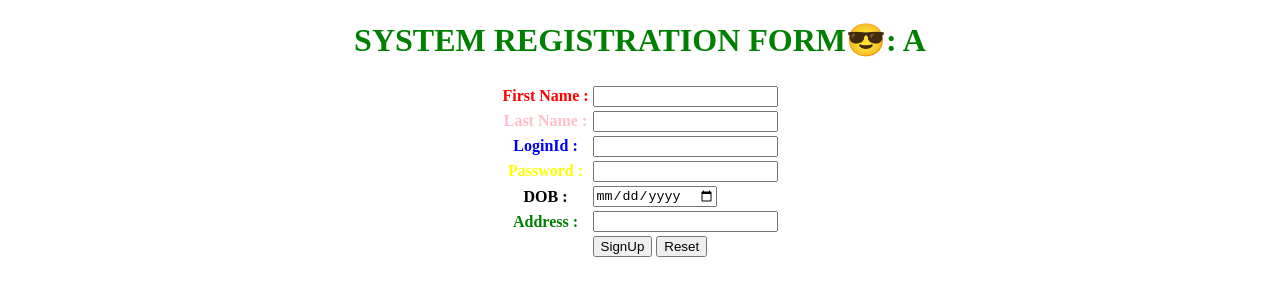
Repository: Jatdevta/AdvanceJava
Page: http://localhost/DynamicProject/UserRegistration.jsp
An editor plug-in stored every save of this project. The page is shown before and after the next save, followed by the edit.
The browser window is 1280 px wide. The pictures show the whole page.
The page is served by Tomcat 9.

Above is the page before, as saved 2023-08-18 07:15:48.

After the next save:
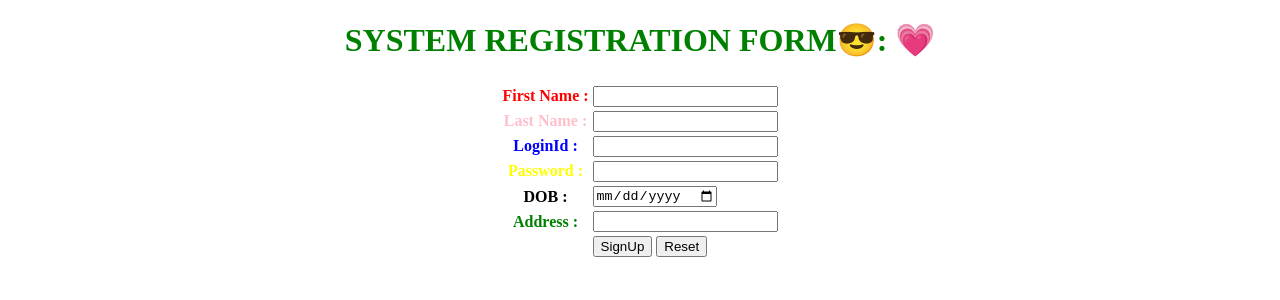
Saved 36 s later.
--- a/Advancejava/DynamicProject/WebContent/UserRegistration.jsp
+++ b/Advancejava/DynamicProject/WebContent/UserRegistration.jsp
@@ -26,7 +26,7 @@
 			</tr>
 			<tr>
 			<h1>
-			<font color="green">SYSTEM REGISTRATION FORM&#128526: &#65</font>
+			<font color="green">SYSTEM REGISTRATION FORM&#128526: &#128151</font>
 			</h1>
 
 				<th style=color:red;> First Name :</th>
